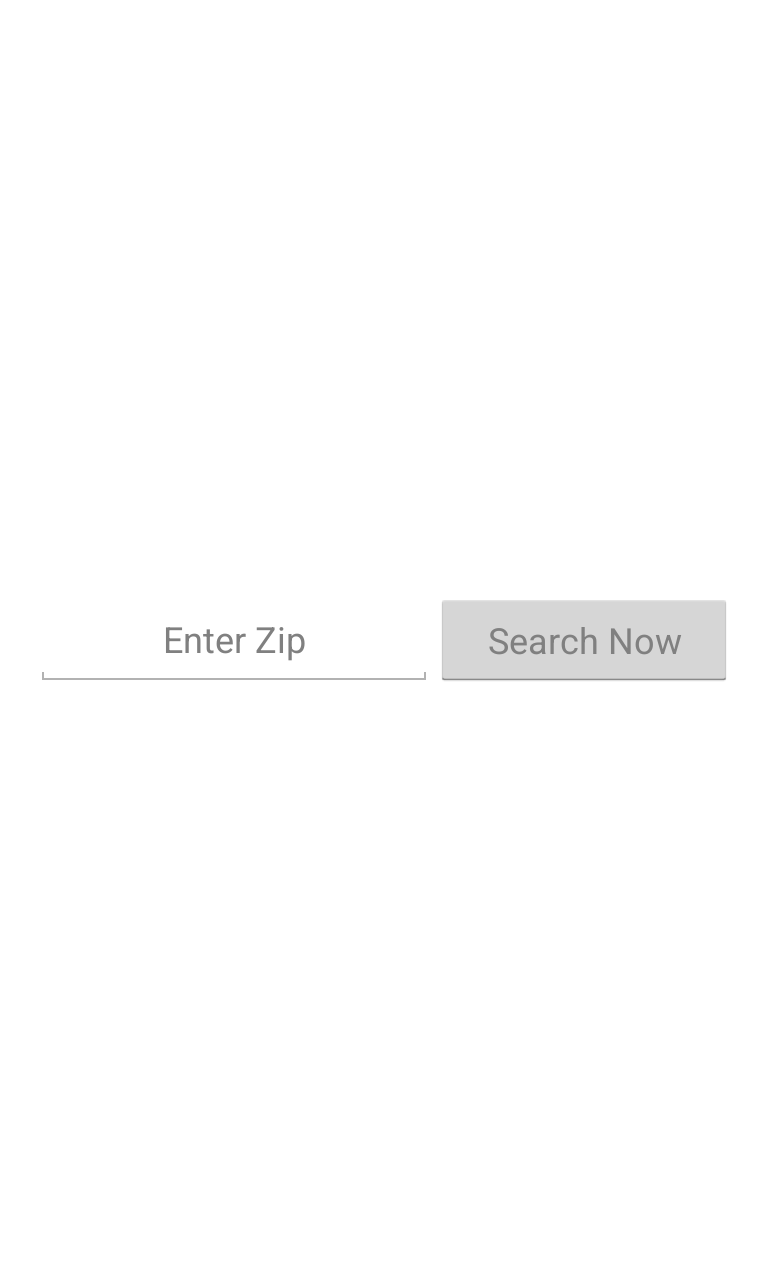
Repository: scottcaruso/Java_I_1307_Week4
Layout: myGov/res/layout/main_screen.xml
These files come from the project's save history. The layout is drawn as it stood at one moment and after the next save; the edit follows.
It is drawn on a 768 x 1280 px phone screen (xhdpi) without system bars, with theme AppTheme; the app's code is not run.

Above is the layout before, as saved 2013-08-01 19:24:36.

After the next save:
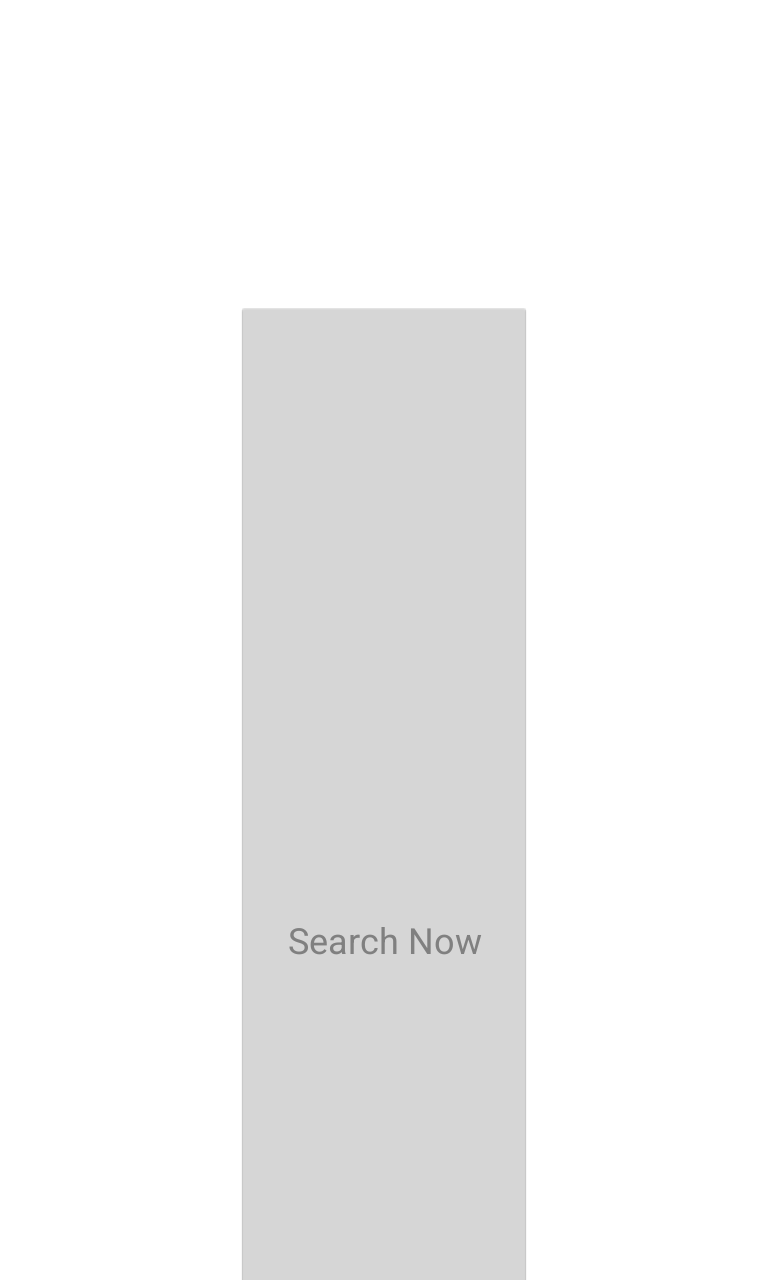
Saved 92 s later.
--- a/myGov/res/layout/main_screen.xml
+++ b/myGov/res/layout/main_screen.xml
@@ -3,31 +3,23 @@
     android:layout_width="wrap_content"
     android:layout_height="wrap_content"
     android:layout_gravity="center_horizontal"
-    android:gravity="center|center_horizontal|center_vertical"
     android:orientation="vertical" >
 
-    <LinearLayout
-        android:layout_width="wrap_content"
-        android:layout_height="wrap_content"
-        android:layout_gravity="center_horizontal"
-        	>
-	   <EditText
-	       android:id="@+id/zipcodeentry"
-	       android:layout_width="200dp"
-	       android:layout_height="match_parent"
-	       android:layout_weight="1"
-	       android:gravity="center|center_vertical"
-	       android:hint="@string/enter_zip"
-	       android:inputType="number"
-	       android:maxLength="5" />
+    <EditText
+        android:id="@+id/zipcodeentry"
+        android:layout_width="200dp"
+        android:layout_height="0dp"
+        android:layout_marginTop="150dp"
+        android:layout_weight="1"
+        android:hint="@string/enter_zip"
+        android:inputType="number"
+        android:maxLength="5" />
 
-	   <Button
-	       android:id="@+id/dosearchnow"
-	       android:layout_width="150dp"
-	       android:layout_height="wrap_content"
-	       android:layout_gravity="center"
-	       android:hint="@string/search_now" />
-
-    </LinearLayout>
+    <Button
+        android:id="@+id/dosearchnow"
+        android:layout_width="150dp"
+        android:layout_height="match_parent"
+        android:layout_gravity="center"
+        android:hint="@string/search_now" />
 
 </LinearLayout>
